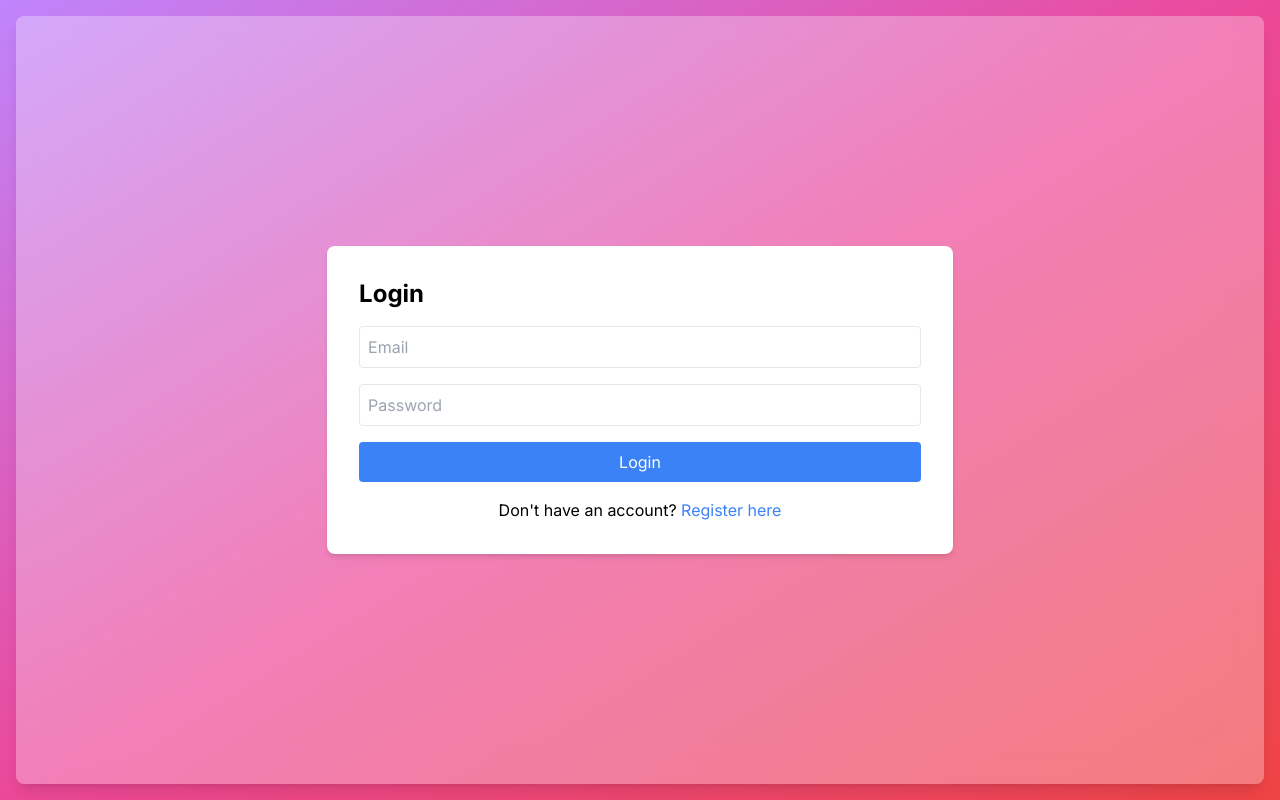
Repository: agurkmedia/overlord
Page: /login
The author's editor kept a copy of each file at every save. The page is drawn from the files as they stood at one save, then again after the next save.
The browser window is 1280 px wide. The pictures show the whole page.
The page's requests for data from a server got no answer. The project was rebuilt for these pictures with package versions that can differ from the ones it lists, and the page was loaded fresh each time. The framework's server and built-in components were replaced by stand-ins that run in the browser. No one was signed in, and anything a server would have sent is missing. Also part of the build but not shown: next.config.mjs.

Above is the page before, as saved 2024-09-02 23:21:28.

### app/layout.tsx
import type { Metadata } from "next";
import { Inter } from "next/font/google";
import "./globals.css";

import ClientLayout from "./ClientLayout";

const inter = Inter({ subsets: ["latin"] });

export const metadata: Metadata = {
  title: "Welcome", // We'll set a default title here
  description: "A Next.js app for managing shopping lists and calendar notes",
};

export default function RootLayout({
  children,
}: Readonly<{
  children: React.ReactNode;
}>) {
  return (
    <html lang="en">
      <body className={`${inter.className} bg-gradient-to-br from-purple-400 via-pink-500 to-red-500 min-h-screen`}>
        <ClientLayout>{children}</ClientLayout>
      </body>
    </html>
  );
}

### app/login/page.tsx
'use client';

import { useState } from 'react';
import { signIn } from 'next-auth/react';
import { useRouter } from 'next/navigation';
import Link from 'next/link';

export default function Login() {
  const [email, setEmail] = useState('');
  const [password, setPassword] = useState('');
  const router = useRouter();

  const handleSubmit = async (e: React.FormEvent) => {
    e.preventDefault();
    const result = await signIn('credentials', {
      redirect: false,
      email,
      password,
    });
    if (result?.error) {
      console.error(result.error);
    } else {
      router.push('/');
    }
  };

  return (
    <div className="flex items-center justify-center min-h-screen">
      <form onSubmit={handleSubmit} className="bg-white p-8 rounded-lg shadow-md">
        <h1 className="text-2xl font-bold mb-4">Login</h1>
        <input
          type="email"
          value={email}
          onChange={(e) => setEmail(e.target.value)}
          placeholder="Email"
          className="w-full p-2 mb-4 border rounded"
        />
        <input
          type="password"
          value={password}
          onChange={(e) => setPassword(e.target.value)}
          placeholder="Password"
          className="w-full p-2 mb-4 border rounded"
        />
        <button type="submit" className="w-full p-2 bg-blue-500 text-white rounded">
          Login
        </button>
        <p className="mt-4 text-center">
          Don't have an account? <Link href="/register" className="text-blue-500 hover:underline">Register here</Link>
        </p>
      </form>
    </div>
  );
}

### app/globals.css
@tailwind base;
@tailwind components;
@tailwind utilities;

body {
  @apply bg-gradient-to-br from-purple-400 via-pink-500 to-red-500 min-h-screen;
}

### app/ClientLayout.tsx
'use client';

import { SessionProvider, useSession } from "next-auth/react";
import { useEffect } from "react";

function TitleUpdater() {
  const { data: session } = useSession();

  useEffect(() => {
    if (session?.user?.name) {
      document.title = `${session.user.name}'s OverLord`;
    }
  }, [session]);

  return null;
}

export default function ClientLayout({
  children,
}: Readonly<{
  children: React.ReactNode;
}>) {
  return (
    <SessionProvider>
      <TitleUpdater />
      <div className="bg-gradient-to-br from-purple-400 via-pink-500 to-red-500 min-h-screen">
        <div className="container mx-auto p-4">
          <main className="backdrop-blur-lg bg-white/30 rounded-lg shadow-lg p-6">
            {children}
          </main>
        </div>
      </div>
    </SessionProvider>
  );
}

Loaded but not shown: tailwind.config.js (common file)

After the next save:
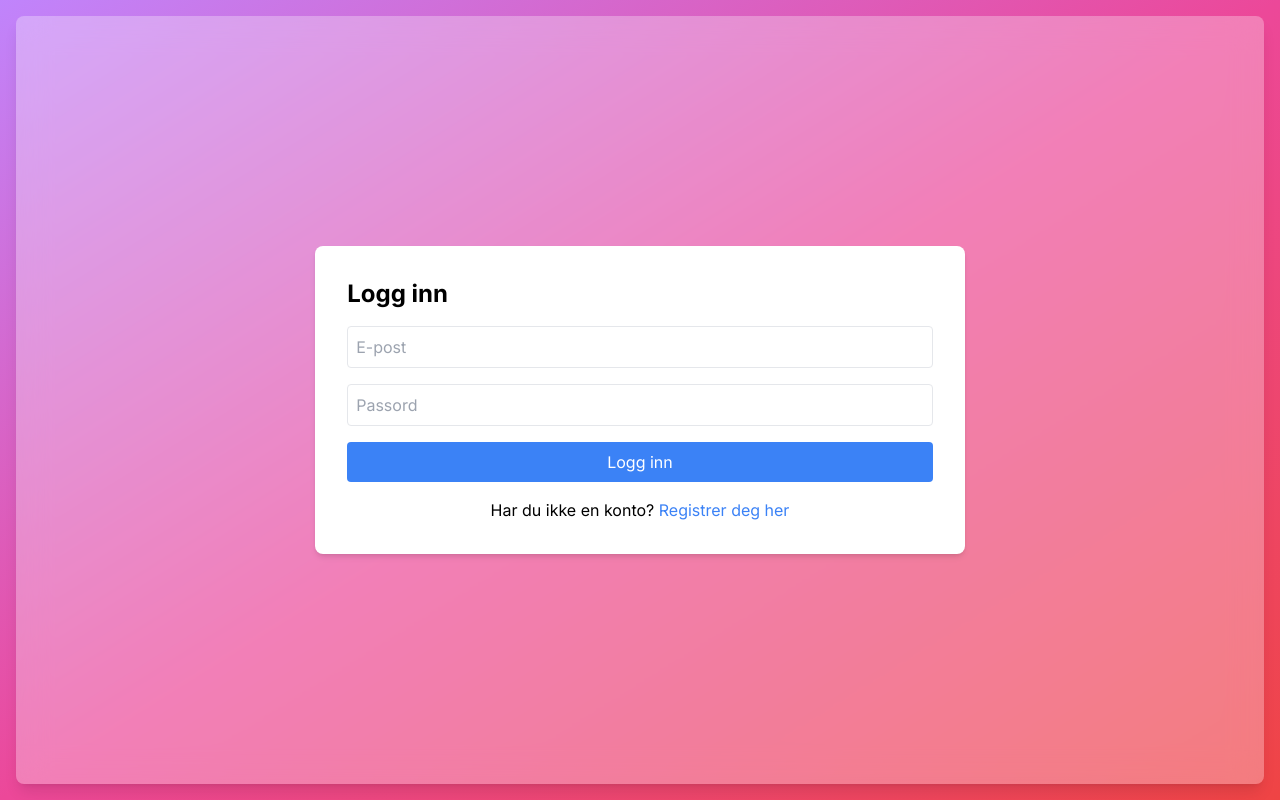
Saved 3 min 27 s later.
--- a/app/login/page.tsx
+++ b/app/login/page.tsx
@@ -27,26 +27,26 @@ export default function Login() {
   return (
     <div className="flex items-center justify-center min-h-screen">
       <form onSubmit={handleSubmit} className="bg-white p-8 rounded-lg shadow-md">
-        <h1 className="text-2xl font-bold mb-4">Login</h1>
+        <h1 className="text-2xl font-bold mb-4">Logg inn</h1>
         <input
           type="email"
           value={email}
           onChange={(e) => setEmail(e.target.value)}
-          placeholder="Email"
+          placeholder="E-post"
           className="w-full p-2 mb-4 border rounded"
         />
         <input
           type="password"
           value={password}
           onChange={(e) => setPassword(e.target.value)}
-          placeholder="Password"
+          placeholder="Passord"
           className="w-full p-2 mb-4 border rounded"
         />
         <button type="submit" className="w-full p-2 bg-blue-500 text-white rounded">
-          Login
+          Logg inn
         </button>
         <p className="mt-4 text-center">
-          Don't have an account? <Link href="/register" className="text-blue-500 hover:underline">Register here</Link>
+          Har du ikke en konto? <Link href="/register" className="text-blue-500 hover:underline">Registrer deg her</Link>
         </p>
       </form>
     </div>
